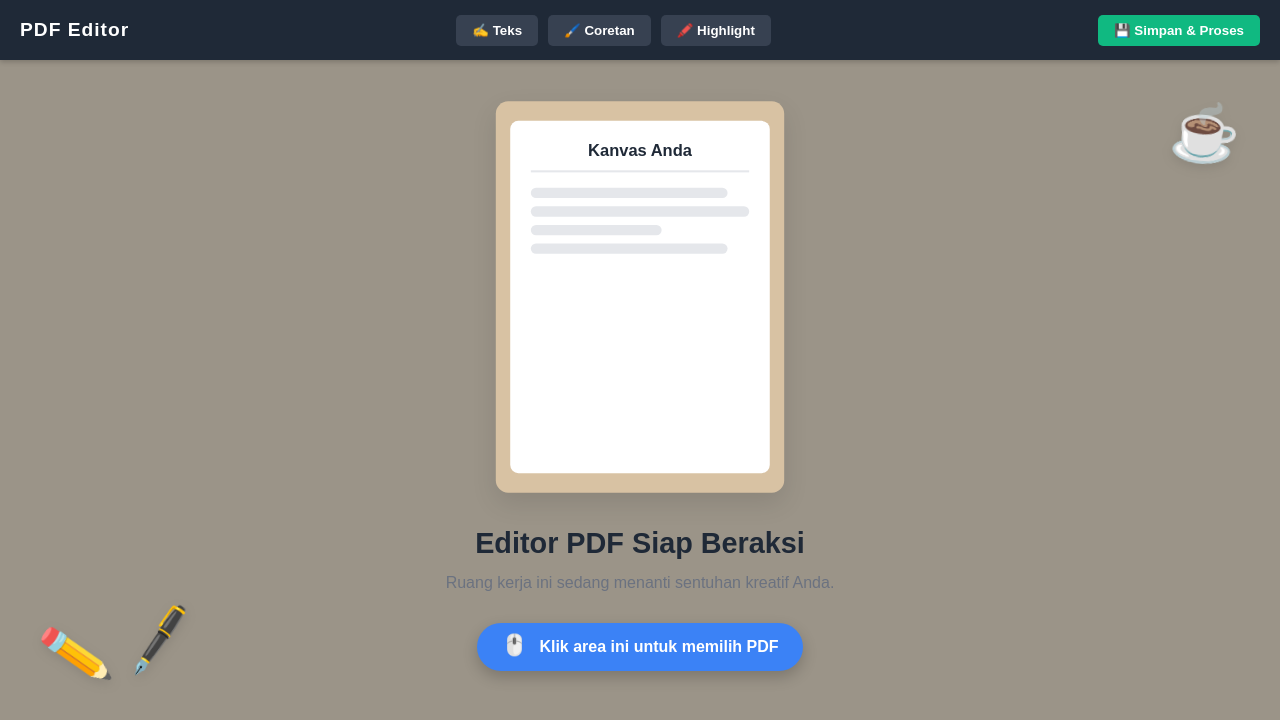
Repository: IkhsanMoekhtar/pdf_editor
Page: /
An editor plug-in stored every save of this project. The page is shown before and after the next save, followed by the edit.
The browser window is 1280 px wide. The pictures show the whole page.
The pointer rests on the first visible `.empty-state.desktop-scene`.
The project was rebuilt for these pictures with package versions that can differ from the ones it lists, and the page was loaded fresh each time. Also part of the build but not shown: vite.config.js.

Above is the page before, as saved 2026-03-18 04:57:08.

After the next save:
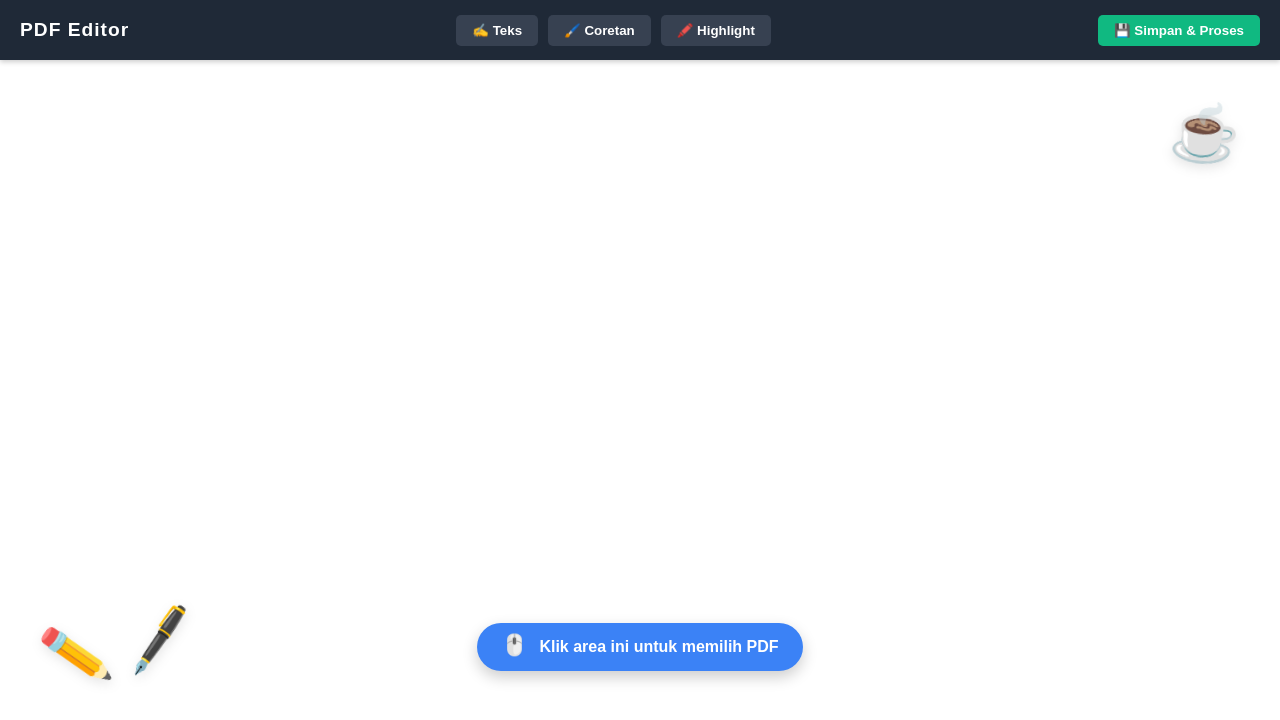
Saved 14 s later.
--- a/src/App.css
+++ b/src/App.css
@@ -90,7 +90,7 @@
 }
 
 .empty-state.desktop-scene:hover .clipboard {
-  transform: rotate(0deg) scale(1.03);
+  transform: rotate(0deg) scale(10.03);
 }
 
 .clipboard-paper {
